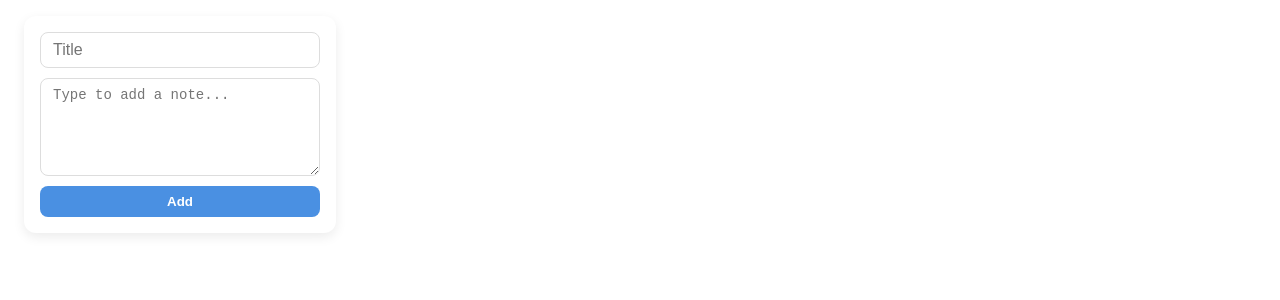
Repository: AJANI2005/Notes-App
Page: /
The author's editor kept a copy of each file at every save. The page is drawn from the files as they stood at one save, then again after the next save.
The browser window is 1280 px wide. The pictures show the whole page.
The project was rebuilt for these pictures with package versions that can differ from the ones it lists, and the page was loaded fresh each time. Also part of the build but not shown: vite.config.ts.

Above is the page before, as saved 2025-07-31 17:21:27.

After the next save:
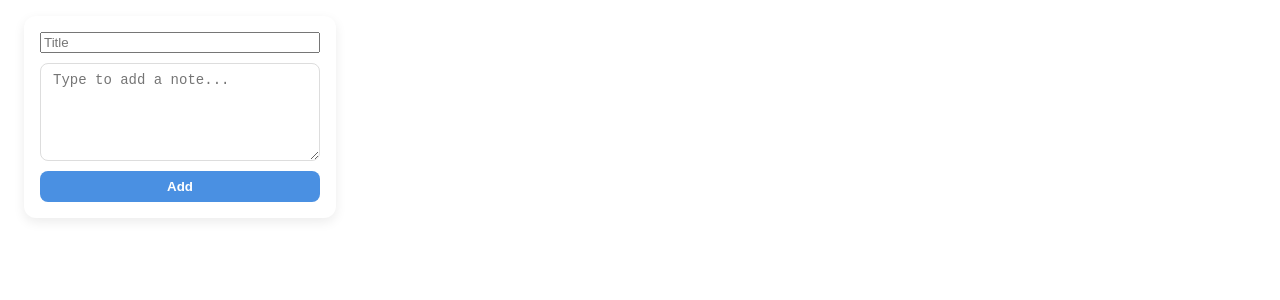
Saved 6 min 6 s later.
--- a/src/App.tsx
+++ b/src/App.tsx
@@ -57,7 +57,7 @@ const Note = () => {
         value={title}
         placeholder='Title'
         onChange={(e) => setTitle(e.target.value)}
-        type="text" className='note-name-input' />
+        type="text" className='note-title-input' />
       <textarea
         value={text}
         onChange={(e) => setText(e.target.value)}

After the save that followed:
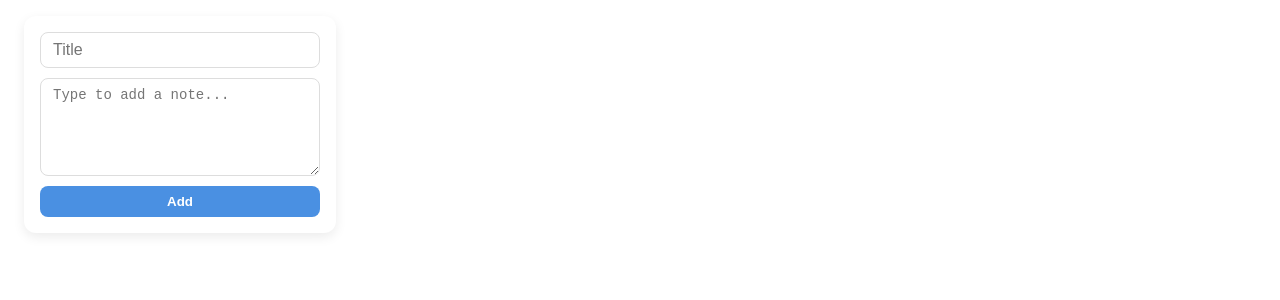
Saved 9 s later.
--- a/src/App.css
+++ b/src/App.css
@@ -17,7 +17,7 @@
 }
 
 /* Text input for note name */
-.note-name-input {
+.note-title-input {
   padding: 8px 12px;
   font-size: 16px;
   font-weight: 500;
@@ -27,7 +27,7 @@
   transition: border-color 0.2s;
 }
 
-.note-name-input:focus {
+.note-title-input:focus {
   border-color: #4a90e2;
 }
 
